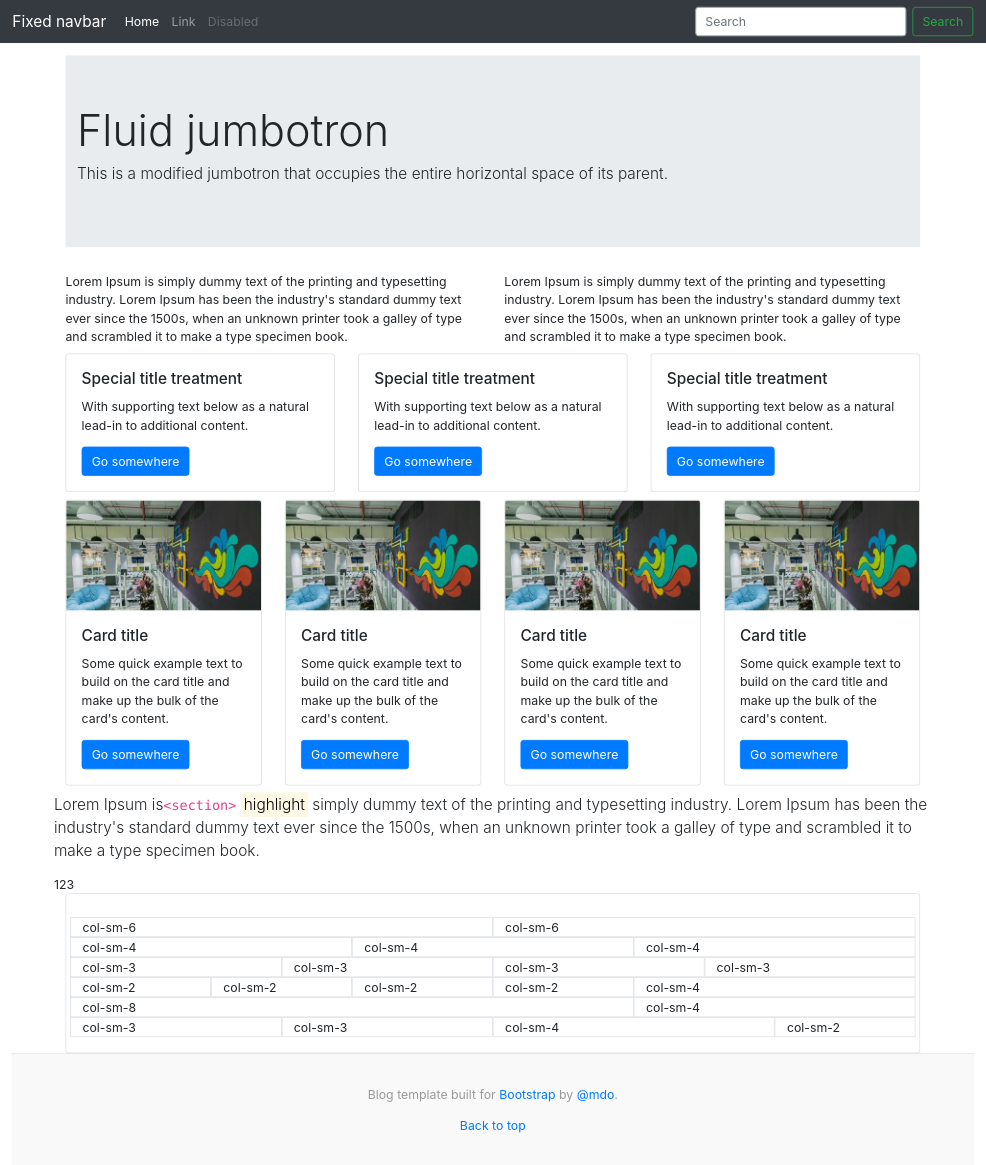
Repository: Green-Technologies-Angular/HTML
Page: index.html
An editor plug-in stored every save of this project. The page is shown before and after the next save, followed by the edit.
The browser window is 1280 px wide. The pictures show the whole page, at 77% of full size.

Above is the page before, as saved 2019-02-09 12:26:36.

After the next save:
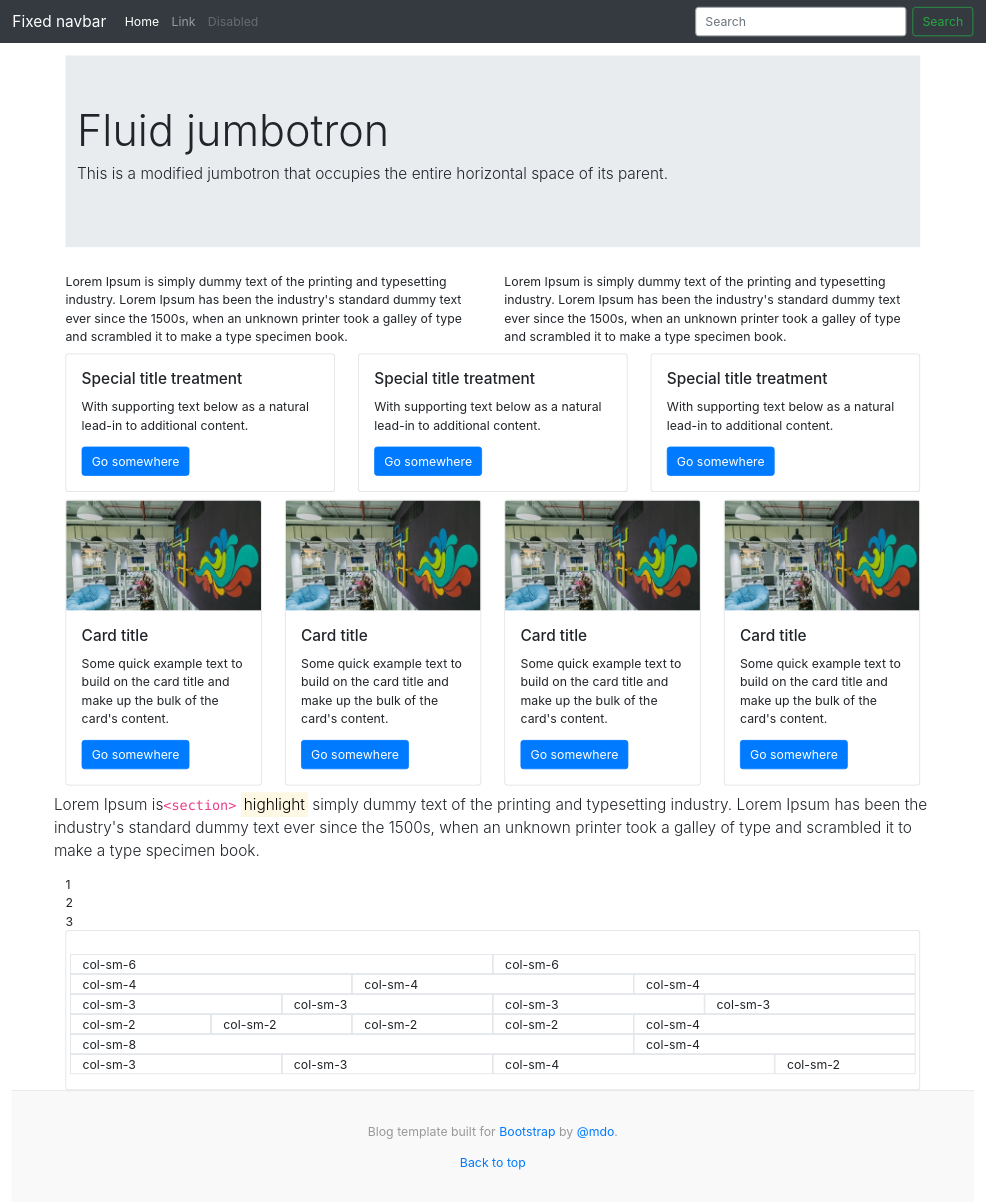
Saved 15 s later.
--- a/index.html
+++ b/index.html
@@ -170,11 +170,12 @@
                     industry's standard dummy text ever since the 1500s, when an unknown printer took a galley of type
                     and scrambled it to make a type specimen book.
                 </p>
-                <div>1</div>
+
+
+            </div>
+            <div>1</div>
                 <div>2</div>
                 <div>3</div>
-
-            </div>
 
             <div class="card" style="padding-top:10px;">
                 <div class="card-body">

After the save that followed:
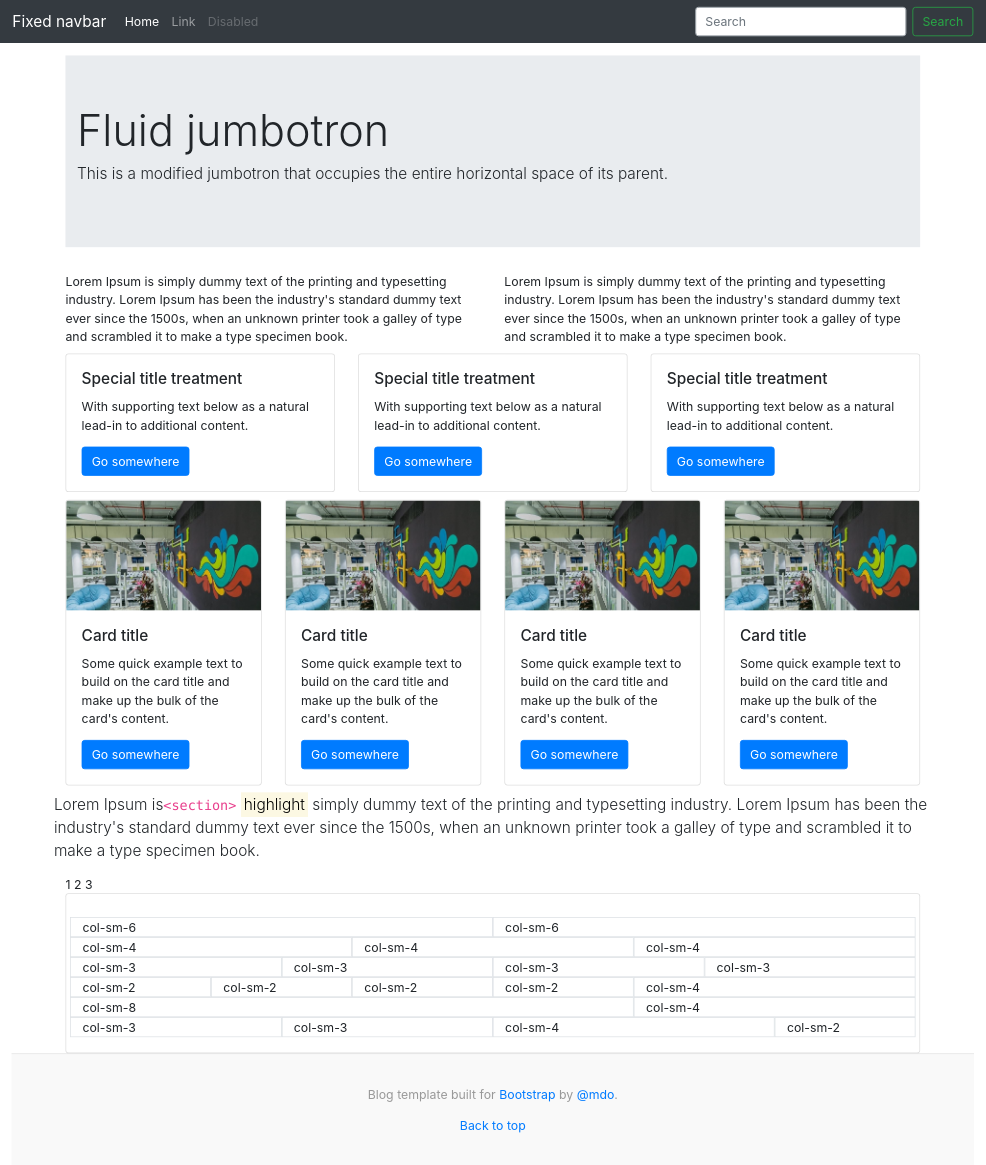
Saved 51 s later.
--- a/index.html
+++ b/index.html
@@ -173,9 +173,9 @@
 
 
             </div>
-            <div>1</div>
-                <div>2</div>
-                <div>3</div>
+            <span>1</span>
+                <span>2</span>
+                <span>3</span>
 
             <div class="card" style="padding-top:10px;">
                 <div class="card-body">
